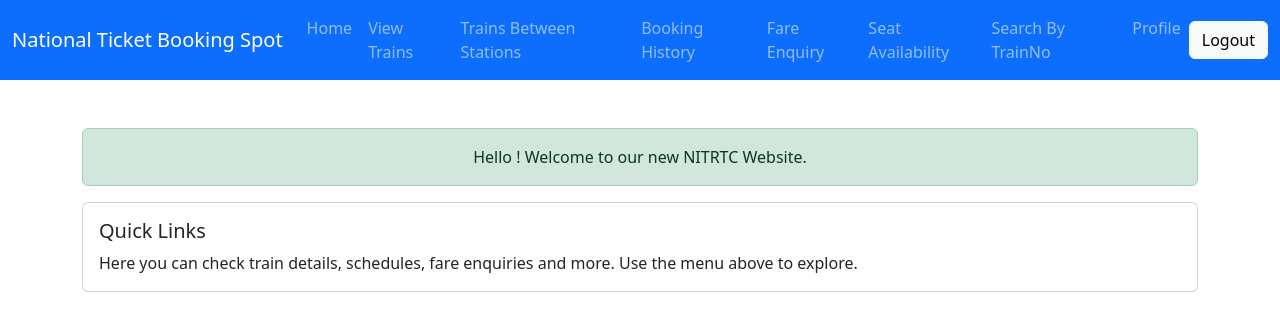
Repository: PrathamSahani/TMS-Sprint2
Page: http://localhost/TMS/UserHome.jsp
These files come from the project's save history. The page is drawn as it stood at one moment and after the next save; the edit follows.
The browser window is 1280 px wide. The pictures show the whole page.
The page is served by Tomcat 10. Other server files are loaded and not shown.

Above is the page before, as saved 2025-04-24 00:42:22.

### Update/TMS/src/main/webapp/UserHome.jsp
<%@ page language="java" contentType="text/html; charset=UTF-8" pageEncoding="UTF-8"%>
<!DOCTYPE html>
<html>
<head>
  <meta charset="UTF-8">
  <title>Home - National Ticket Booking Spot</title>
  <link href="https://cdn.jsdelivr.net/npm/bootstrap@5.3.0/dist/css/bootstrap.min.css" rel="stylesheet">
</head>
<body>
  <!-- Navbar -->
  <nav class="navbar navbar-expand-lg navbar-dark bg-primary">
    <div class="container-fluid">
      <a class="navbar-brand" href="#">National Ticket Booking Spot</a>
      <div class="collapse navbar-collapse">
        <ul class="navbar-nav me-auto mb-2 mb-lg-0">
          <li class="nav-item"><a class="nav-link" href="userhome">Home</a></li>
          <li class="nav-item"><a class="nav-link" href="userviewtrainfwd">View Trains</a></li>
          <li class="nav-item"><a class="nav-link" href="trainbwstnfwd">Trains Between Stations</a></li>
          <li class="nav-item"><a class="nav-link" href="bookingdetails">Booking History</a></li>
          <li class="nav-item"><a class="nav-link" href="fareenqfwd">Fare Enquiry</a></li>
          <li class="nav-item"><a class="nav-link" href="useravailfwd">Seat Availability</a></li>
          <li class="nav-item"><a class="nav-link" href="usersearchtrain">Search By TrainNo</a></li>
          <li class="nav-item"><a class="nav-link" href="userprofile">Profile</a></li>
        </ul>
        <div class="d-flex">
          <a class="btn btn-light" href="userlogout">Logout</a>
        </div>
      </div>
    </div>
  </nav>

  <div class="container my-5">
    <div class="alert alert-success text-center">
      Hello <strong>${userName}</strong>! Welcome to our new NITRTC Website.
    </div>

    <div class="card mb-4">
      <div class="card-body">
        <h5 class="card-title">Quick Links</h5>
        <p class="card-text">
          Here you can check train details, schedules, fare enquiries and more. Use the menu above to explore.
        </p>
      </div>
    </div>

    <!-- You can add more dashboard widgets here -->
  </div>
</body>
</html>

After the next save:
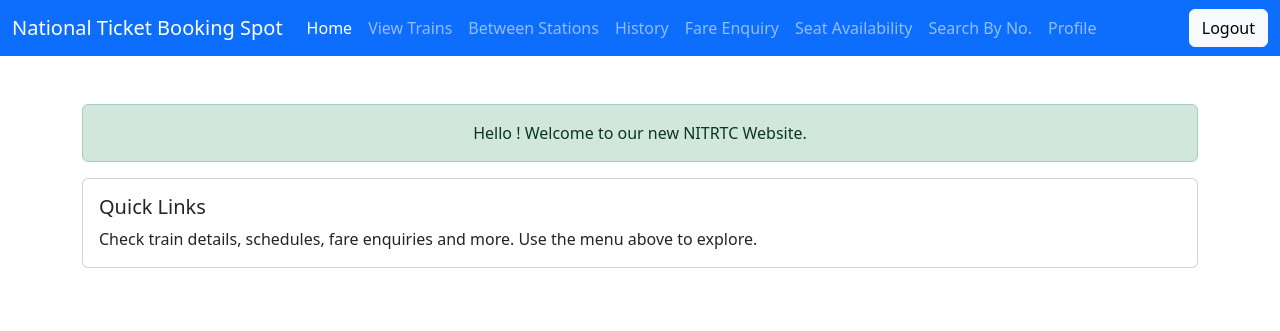
Saved 29 s later.
--- a/Update/TMS/src/main/webapp/UserHome.jsp
+++ b/Update/TMS/src/main/webapp/UserHome.jsp
@@ -7,19 +7,21 @@
   <link href="https://cdn.jsdelivr.net/npm/bootstrap@5.3.0/dist/css/bootstrap.min.css" rel="stylesheet">
 </head>
 <body>
-  <!-- Navbar -->
   <nav class="navbar navbar-expand-lg navbar-dark bg-primary">
     <div class="container-fluid">
-      <a class="navbar-brand" href="#">National Ticket Booking Spot</a>
-      <div class="collapse navbar-collapse">
+      <a class="navbar-brand" href="userhome">National Ticket Booking Spot</a>
+      <button class="navbar-toggler" type="button" data-bs-toggle="collapse" data-bs-target="#mainNav">
+        <span class="navbar-toggler-icon"></span>
+      </button>
+      <div class="collapse navbar-collapse" id="mainNav">
         <ul class="navbar-nav me-auto mb-2 mb-lg-0">
-          <li class="nav-item"><a class="nav-link" href="userhome">Home</a></li>
+          <li class="nav-item"><a class="nav-link active" href="userhome">Home</a></li>
           <li class="nav-item"><a class="nav-link" href="userviewtrainfwd">View Trains</a></li>
-          <li class="nav-item"><a class="nav-link" href="trainbwstnfwd">Trains Between Stations</a></li>
-          <li class="nav-item"><a class="nav-link" href="bookingdetails">Booking History</a></li>
+          <li class="nav-item"><a class="nav-link" href="trainbwstnfwd">Between Stations</a></li>
+          <li class="nav-item"><a class="nav-link" href="bookingdetails">History</a></li>
           <li class="nav-item"><a class="nav-link" href="fareenqfwd">Fare Enquiry</a></li>
           <li class="nav-item"><a class="nav-link" href="useravailfwd">Seat Availability</a></li>
-          <li class="nav-item"><a class="nav-link" href="usersearchtrain">Search By TrainNo</a></li>
+          <li class="nav-item"><a class="nav-link" href="usersearchtrain">Search By No.</a></li>
           <li class="nav-item"><a class="nav-link" href="userprofile">Profile</a></li>
         </ul>
         <div class="d-flex">
@@ -33,17 +35,17 @@
     <div class="alert alert-success text-center">
       Hello <strong>${userName}</strong>! Welcome to our new NITRTC Website.
     </div>
-
     <div class="card mb-4">
       <div class="card-body">
         <h5 class="card-title">Quick Links</h5>
         <p class="card-text">
-          Here you can check train details, schedules, fare enquiries and more. Use the menu above to explore.
+          Check train details, schedules, fare enquiries and more. Use the menu above to explore.
         </p>
       </div>
     </div>
+    <!-- Add more dashboard widgets here -->
+  </div>
 
-    <!-- You can add more dashboard widgets here -->
-  </div>
+  <script src="https://cdn.jsdelivr.net/npm/bootstrap@5.3.0/dist/js/bootstrap.bundle.min.js"></script>
 </body>
 </html>

After the save that followed:
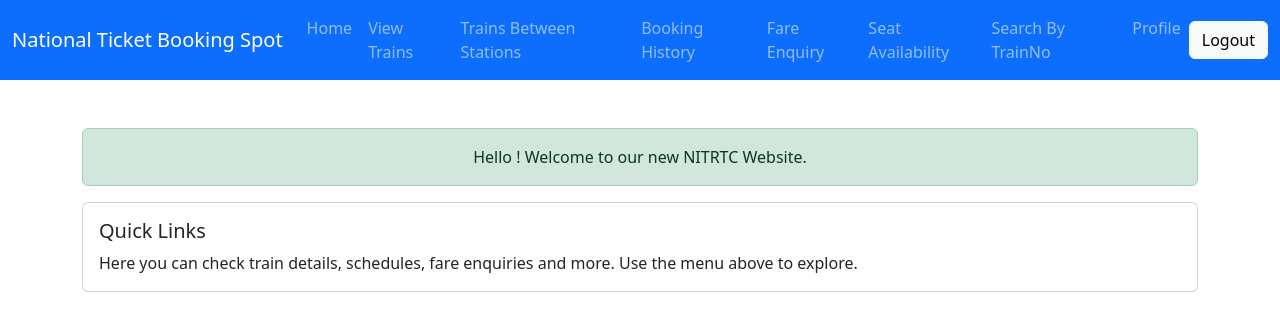
Saved 55 s later.
--- a/Update/TMS/src/main/webapp/UserHome.jsp
+++ b/Update/TMS/src/main/webapp/UserHome.jsp
@@ -7,21 +7,19 @@
   <link href="https://cdn.jsdelivr.net/npm/bootstrap@5.3.0/dist/css/bootstrap.min.css" rel="stylesheet">
 </head>
 <body>
+  <!-- Navbar -->
   <nav class="navbar navbar-expand-lg navbar-dark bg-primary">
     <div class="container-fluid">
-      <a class="navbar-brand" href="userhome">National Ticket Booking Spot</a>
-      <button class="navbar-toggler" type="button" data-bs-toggle="collapse" data-bs-target="#mainNav">
-        <span class="navbar-toggler-icon"></span>
-      </button>
-      <div class="collapse navbar-collapse" id="mainNav">
+      <a class="navbar-brand" href="#">National Ticket Booking Spot</a>
+      <div class="collapse navbar-collapse">
         <ul class="navbar-nav me-auto mb-2 mb-lg-0">
-          <li class="nav-item"><a class="nav-link active" href="userhome">Home</a></li>
+          <li class="nav-item"><a class="nav-link" href="userhome">Home</a></li>
           <li class="nav-item"><a class="nav-link" href="userviewtrainfwd">View Trains</a></li>
-          <li class="nav-item"><a class="nav-link" href="trainbwstnfwd">Between Stations</a></li>
-          <li class="nav-item"><a class="nav-link" href="bookingdetails">History</a></li>
+          <li class="nav-item"><a class="nav-link" href="trainbwstnfwd">Trains Between Stations</a></li>
+          <li class="nav-item"><a class="nav-link" href="bookingdetails">Booking History</a></li>
           <li class="nav-item"><a class="nav-link" href="fareenqfwd">Fare Enquiry</a></li>
           <li class="nav-item"><a class="nav-link" href="useravailfwd">Seat Availability</a></li>
-          <li class="nav-item"><a class="nav-link" href="usersearchtrain">Search By No.</a></li>
+          <li class="nav-item"><a class="nav-link" href="usersearchtrain">Search By TrainNo</a></li>
           <li class="nav-item"><a class="nav-link" href="userprofile">Profile</a></li>
         </ul>
         <div class="d-flex">
@@ -35,17 +33,17 @@
     <div class="alert alert-success text-center">
       Hello <strong>${userName}</strong>! Welcome to our new NITRTC Website.
     </div>
+
     <div class="card mb-4">
       <div class="card-body">
         <h5 class="card-title">Quick Links</h5>
         <p class="card-text">
-          Check train details, schedules, fare enquiries and more. Use the menu above to explore.
+          Here you can check train details, schedules, fare enquiries and more. Use the menu above to explore.
         </p>
       </div>
     </div>
-    <!-- Add more dashboard widgets here -->
+
+    <!-- You can add more dashboard widgets here -->
   </div>
-
-  <script src="https://cdn.jsdelivr.net/npm/bootstrap@5.3.0/dist/js/bootstrap.bundle.min.js"></script>
 </body>
 </html>
